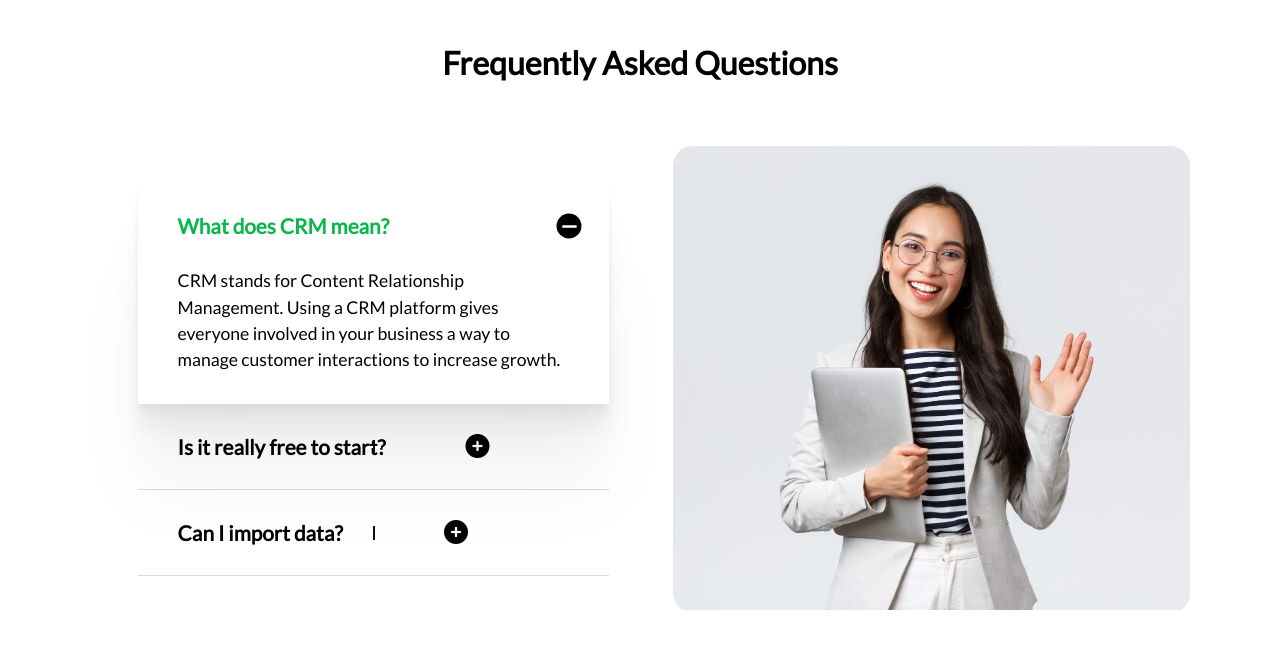
Repository: emiliaiwu/faq_component
Page: index.html
The author's editor kept a copy of each file at every save. The page is drawn from the files as they stood at one save, then again after a run of saves.
The browser window is 1280 px wide. The pictures show the whole page.
Some icons come from a web library that is not loaded, so they are not drawn. Some web libraries are served in a nearby version.

Above is the page before, as saved 2022-12-13 20:46:59.

### index.html
<!DOCTYPE html>
<html lang="en">
<head>
    <meta charset="UTF-8">
    <meta http-equiv="X-UA-Compatible" content="IE=edge">
    <meta name="viewport" content="width=device-width, initial-scale=1.0">
    <link rel="stylesheet" href="style.css">
    <script src="https://kit.fontawesome.com/fd9c36575f.js" crossorigin="anonymous"></script>
    <title>FAQ Component</title>
</head>
<body>
        <h2>Frequently Asked Questions</h2>
        <article class="faq_component">
            <div class="faq_container">
                <div class="faq_content active">
                    <div class="faq_header">
                        <h3>What does CRM mean?</h3>

                        <div class="toggle-parent">
                             <div class="toggle">
                            <!-- <i class="fa-solid fa-circle-plus"></i> -->
                                <i class="fa-solid fa-circle-minus"></i>
                            </div>
                        </div>


                    </div>
                    <div class="content_wrap">
                        <p class="content hidden">
                            CRM stands for Content Relationship Management. Using a CRM platform gives everyone involved in your business a way to manage customer interactions to increase growth.
                        </p>
                    </div>
                </div>

                <div class="faq_content">
                    <div class="faq_header">
                        <h3>Is it really free to start?</h3>
                        <i class="fa-solid fa-circle-plus"></i>
                        <i class="fa-solid fa-circle-minus"></i>
                    </div>
                    <div class="content_wrap">
                        <p class="content">
                            Yes! You can opt to stay within the free tier for as long as you want to. It’s a great way to get a feel for the platform before deciding to upgrade to take advantage of the more advanced features.
                        </p>
                    </div>
                </div>

                <div class="faq_content">
                    <div class="faq_header">
                        <h3>Can I import data?</h3>
                        <i class="fa-solid fa-circle-plus"></i>
                        <i class="fa-solid fa-circle-minus"></i>
                    </div>
                    <div class="content_wrap">
                         <p class="content">
                            Yes! Getting your existing data in is easy. Simply export your existing customers to a .csv file and import them within a couple of clicks.
                        </p>
                    </div>
                </div>
            </div>
            <div class="faq_image">
                <img src="img/meeting.jpg" alt="">
            </div>
        </article>
 <script src="script.js"></script>
</body>
</html>

### style.css
@import url('https://fonts.googleapis.com/css2?family=Lato:wght@300;400&display=swap');

* {
    margin: 0;
    padding: 0;
    box-sizing: border-box;
}

body {
    font-family: 'Lato', sans-serif;
    max-width: 100vw;
    min-height: 100vh;
    flex-direction: column;

}

body,
.faq_component,
.faq_container {
    display: flex;
    align-items: center;
    justify-content: center;

}


/* TYPOGRAPHY */
h2 {
    text-align: center;
    font-size: 2rem;
    font-family: inherit;

}

h3 {
    font-size: 1.3rem;
    font-family: inherit;
}

p {
    font-size: 1.1rem;
    font-family: inherit;
    height: 100%;
    line-height: 1.5;
}


/* TOGGLE */

.fa-solid {
    font-size: 1.5rem;
}

/* MAIN BODY */
.faq_component {
    width: 100%;
    padding: 4rem 7vw;
    gap: 1rem;
}

.faq_image {
    width: 100%;
    border-radius: 20px;
    overflow: hidden;
}

img {
    width: 100%;
    height: auto;
}

.faq_container {
    width: 100%;
    padding: 0 3rem;
    flex-direction: column;
    z-index: 1000;
}

.faq_header {
    display: flex;
    align-items: center;
    justify-content: space-between;
    padding: 30px 0px 30px 0;
    gap: 2rem;
    position: relative;
}

.faq_content {
    padding: 0 40px;
    border-bottom: 1px solid rgba(0, 0, 0, 0.146);
    cursor: pointer;
    overflow: hidden;
}

.content_wrap {
    padding: 0 0 0px;
    visibility: hidden;
    max-height: 0px;
    transition: all .5s ease;


}

/* .faq_content .fa-circle-minus {
    display: none;
} */


/* ACTIVE CLASSES */

.faq_content.active {
    border: none;
    box-shadow: 0 90px 70px 0 rgb(0 0 0 / 4%),
        0 40px 35px 0 rgb(0 0 0 / 3%),
        0 25px 15px 0 rgb(0 0 0 / 3%),
        0 11px 7px 0 rgb(0 0 0 / 3%),
        0 2px 5px 0 rgb(0 0 0 / 3%);
}

.faq_content.active .faq_header {
    color:rgb(8, 183, 75);
}

.faq_content.active .fa-circle-plus {
    transform: rotate(45deg);
    transition: transform .45s cubic-bezier(.3,.4,.2,1),
        background-color .15s ease;
    display: none;
}

.faq_content .fa-circle-minus {
    display: inline;
}

.toggle-parent {
    position: relative;
}

 .toggle {
    position: absolute;
    width: 25px;
    height: 25px;
    border-radius: 25px;
    background-color: black;
    top: 50%;
    left: 50%;
    transform: translate(-50%, -50%);
}

.faq_content .fa-circle-minus::before {
    content: '';
    position: absolute;
    background-color: rgb(255, 255, 255);
    width: 14px;
    height: 2px;
    margin-left: auto;
    margin-right: auto;
    top: 50%;
    left: 0;
    right: 0;
    transition: transform .45s cubic-bezier(.3,.4,.2,1),
        background-color .15s ease;
}

.faq_content .fa-circle-minus::after {
    content: '';
    position: absolute;
    transform: rotate(90deg);
    background-color: rgb(1, 16, 16);
    width: 14px;
    height: 2px;
    margin-left: auto;
    margin-right: auto;
    top: 50%;
    left: 0;
    right: 0;
    transition: transform .45s cubic-bezier(.3,.4,.2,1),
        background-color .15s ease;
}


.faq_content.active .fa-circle-minus::after {
    background-color: #fff;
    transform: rotate(180deg);
    transition: transform .45s cubic-bezier(.3,.4,.2,1),
        background-color .15s ease;
}



.faq_content.active .content_wrap {
    padding: 0 0 30px;
    visibility: visible;
    max-height: 150px;

}






@media only screen and (max-width: 1000px) {
    .faq_component {
        flex-direction: column;
        gap: 3rem;
        padding: 4rem 7vw;
    }

    h2 {
        margin-top: 3rem;
    }

    .faq_container {
        padding: 0;
    }

    .faq_content.active .content_wrap {
        max-height: 300px;
        padding: 0 0 30px;
    }
}

### script.js
'use strict';
const faqContent = document.querySelectorAll('.faq_content');


faqContent.forEach((faq) => {
    faq.addEventListener('click', function () {
        faq.classList.toggle('active');

    });
})

After the next 7 saves:
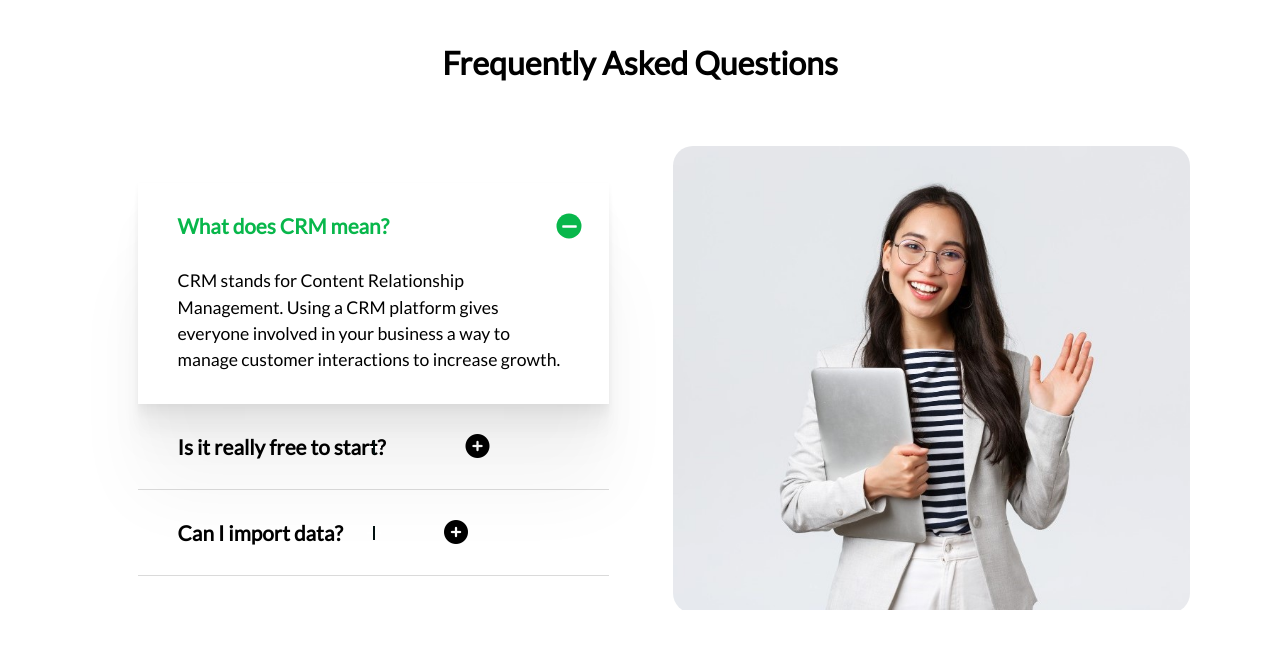
The 7 saves are shown as one change because they came seconds apart.
The last was saved 28 s later.
--- a/style.css
+++ b/style.css
@@ -145,6 +145,11 @@ img {
     top: 50%;
     left: 50%;
     transform: translate(-50%, -50%);
+}
+
+
+.faq_content.active .toggle {
+    background-color: rgb(8, 183, 75);;
 }
 
 .faq_content .fa-circle-minus::before {
